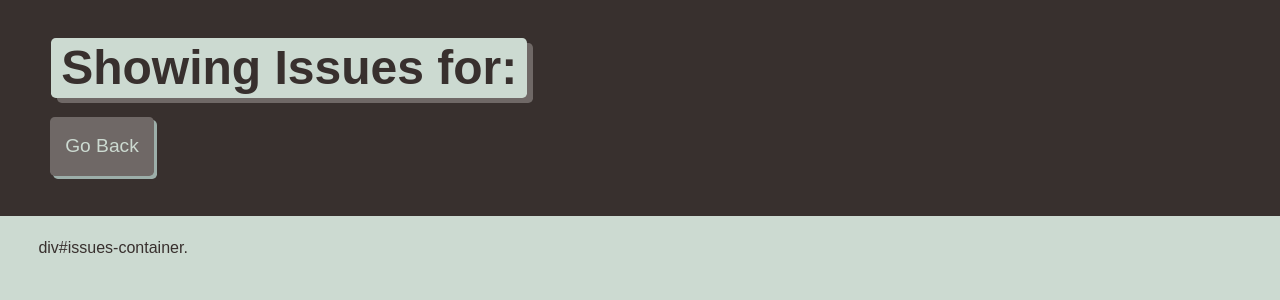
Repository: UPye/git-it-done
Page: single-repo.html
An editor plug-in stored every save of this project. The page is shown before and after the next save, followed by the edit.
The browser window is 1280 px wide. The pictures show the whole page.

Above is the page before, as saved 2021-01-28 20:27:41.

After the next save:
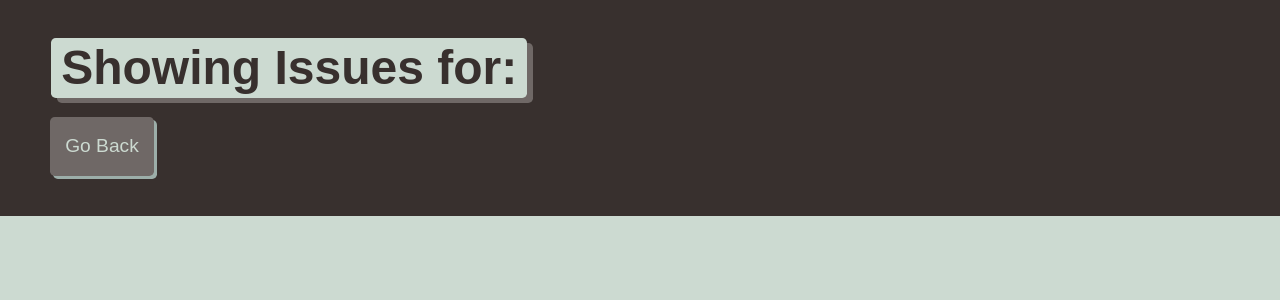
Saved 6 s later.
--- a/single-repo.html
+++ b/single-repo.html
@@ -22,7 +22,7 @@
   </header>
 
   <main>
-    div#issues-container.
+    <div id="issues-container" class="list-group"></div>
 
   </main>
 
